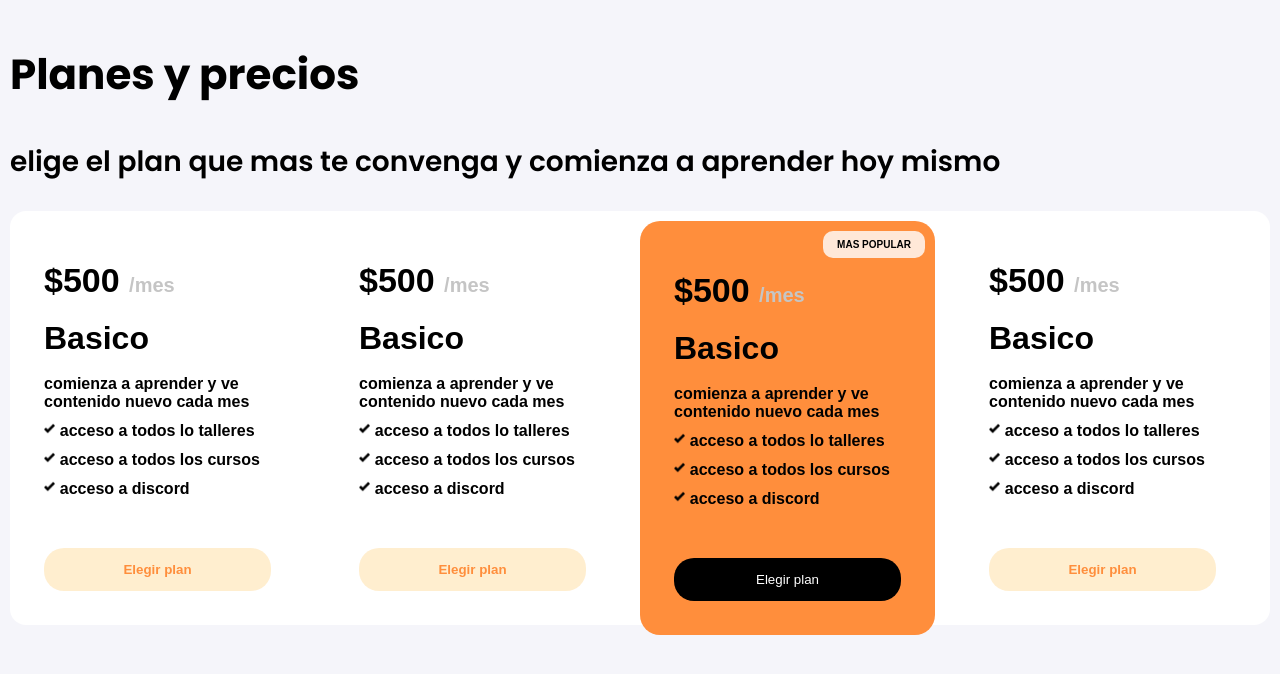
Repository: darkmantiz2/Tarjetas-planes
Page: index.html
These files come from the project's save history. The page is drawn as it stood at one moment and after the next save; the edit follows.
The browser window is 1280 px wide. The pictures show the whole page.

Above is the page before, as saved 2022-01-11 15:01:36.

### index.html
<!DOCTYPE html>
<html lang="en">

<head>
  <meta charset="UTF-8">
  <meta http-equiv="X-UA-Compatible" content="IE=edge">
  <meta name="viewport" content="width=device-width, initial-scale=1.0">
  <link rel="preconnect" href="https://fonts.googleapis.com">
  <link rel="preconnect" href="https://fonts.gstatic.com" crossorigin>
  <link href="https://fonts.googleapis.com/css2?family=Poppins:ital,wght@0,600;0,700;1,400&display=swap"
    rel="stylesheet">
  <link rel="stylesheet" href="./css/index.css">
  <title>Cards Precios</title>
</head>

<body>
  <section class="cards">
    <div class="container">
      <h1 class="contaier-title">
        Planes y precios
      </h1>
      <p class="container-text1">
        elige el plan que mas te convenga y comienza a aprender hoy mismo
      </p>
      <section class="container-card">
        <div class="card">

          <p class="card-price"> $500 <span class="card-month"> /mes</span></p>
          <p class="card-plan">Basico</p>
          <p class="card-description"> comienza a aprender y ve contenido nuevo cada mes</p>
          <p class="card-item1"><img class="card-icon" src="icons/png-transparent-computer-icons-check-mark-checkbox-palomita-angle-logo-check-mark.png" alt="">  acceso a todos lo talleres</p>
          <p class="card-item2"><img class="card-icon" src="icons/png-transparent-computer-icons-check-mark-checkbox-palomita-angle-logo-check-mark.png" alt=""> acceso a todos los cursos</p>
          <p class="card-item3"><img class="card-icon" src="icons/png-transparent-computer-icons-check-mark-checkbox-palomita-angle-logo-check-mark.png" alt=""> acceso a discord</p>

          <button class="card-button"> Elegir plan </button>
        </div>
        <div class="card">
          <p class="card-price"> $500 <span class="card-month"> /mes</span></p>
          <p class="card-plan">Basico</p>
          <p class="card-description"> comienza a aprender y ve contenido nuevo cada mes</p>
          <p class="card-item1"><img class="card-icon" src="icons/png-transparent-computer-icons-check-mark-checkbox-palomita-angle-logo-check-mark.png" alt="">  acceso a todos lo talleres</p>
          <p class="card-item2"><img class="card-icon" src="icons/png-transparent-computer-icons-check-mark-checkbox-palomita-angle-logo-check-mark.png" alt=""> acceso a todos los cursos</p>
          <p class="card-item3"><img class="card-icon" src="icons/png-transparent-computer-icons-check-mark-checkbox-palomita-angle-logo-check-mark.png" alt=""> acceso a discord</p>

          <button class="card-button"> Elegir plan </button>
        </div>
        <div class="card card-orange">
          <label class="card-label">mas popular</label>
          <p class="card-price"> $500 <span class="card-month"> /mes</span></p>
          <p class="card-plan">Basico</p>
          <p class="card-description">  comienza a aprender y ve contenido nuevo cada mes</p>
          <p class="card-item1"><img class="card-icon" src="icons/png-transparent-computer-icons-check-mark-checkbox-palomita-angle-logo-check-mark.png" alt="">  acceso a todos lo talleres</p>
          <p class="card-item2"><img class="card-icon" src="icons/png-transparent-computer-icons-check-mark-checkbox-palomita-angle-logo-check-mark.png" alt=""> acceso a todos los cursos</p>
          <p class="card-item3"><img class="card-icon" src="icons/png-transparent-computer-icons-check-mark-checkbox-palomita-angle-logo-check-mark.png" alt=""> acceso a discord</p>

          <button class="card-button-orange"> Elegir plan </button>
        </div>
        <div class="card">

          <p class="card-price"> $500 <span class="card-month"> /mes</span></p>
          <p class="card-plan">Basico</p>
          <p class="card-description">  comienza a aprender y ve contenido nuevo cada mes</p>
          <p class="card-item1"><img class="card-icon" src="icons/png-transparent-computer-icons-check-mark-checkbox-palomita-angle-logo-check-mark.png" alt="">  acceso a todos lo talleres</p>
          <p class="card-item2"><img class="card-icon" src="icons/png-transparent-computer-icons-check-mark-checkbox-palomita-angle-logo-check-mark.png" alt=""> acceso a todos los cursos</p>
          <p class="card-item3"><img class="card-icon" src="icons/png-transparent-computer-icons-check-mark-checkbox-palomita-angle-logo-check-mark.png" alt=""> acceso a discord</p>


          <button class="card-button"> Elegir plan </button>
        </div>
      </section>




    </div>
  </section>
</body>

</html>

### css/index.css
:root {
  --black: #373737;
  --primary: #ff8e3c;
  --white: #ffffff;
  --grey: #848199;
  --red: #fa513a;
  --grey-2: #a3a3a3;
  --bg: #f5f5fa;
  --headline2: 600 1.75rem/normal Poppins;
  --headline3: 600 1.25rem/1.375rem Poppins;
  --button: 400 0.875rem/1rem Poppins;
  --headline1: 600 3.5rem/normal Poppins;
  --body1-regular: 400 1rem/1.5rem Poppins;
  --body1-bold: 700 1rem/1.5rem Poppins;
  --body2-bold: 700 0.875rem/1.5rem Poppins;
  --body2-regular: 400 0.875rem/1.5rem Poppins;
  --caption-regular: 400 0.75rem/1rem Poppins;
  --caption-bold: 600 0.75rem/1rem Poppins;

}

/*BODDY*/

body {
  color: var(--white);
  background-color: var(--primary);
  font: var(--headline2);
  background: var(--bg);
}

.container {
  color: black;
}



.container-card {
  display: flex;
  justify-content: center;
  align-items: center;
  max-width: 1260px;
  width: 100%;
  background-color: white;
  border-radius: 16px;
  font-family: arial;
  font-weight: bold;
}

.card-month {
  font-size: 20px;
  color: #c5c5c5;
}

.cards {
  display: flex;
  justify-content: center;
  align-items: center;
}

.card-orange {
  background-color: var(--primary);
  font-size: medium;
  transform: translateY(10px);
}


.card {
  align-items: flex-start;
  display: flex;
  justify-content: center;
  flex-direction: column;
  width: 334px;
  padding:0 34px 34px;
  border-radius: 20px;
  margin-right: 20px;
  font-size: medium;
  box-sizing: border-box;
  position: relative;
}

.card-price {
  margin: 0;
  padding-bottom: 20px;
  padding-top: 50px;
  font-size: 34px;
}


.card-plan {
  margin: 0;
  padding-bottom: 18px;
  font-size: xx-large;
  font-weight: bold;
}

.card-icon{
  width: 5%;
}

.card-description {
  margin: 0;
  padding-bottom: 10px;
}

.card-item1 {
  margin: 0;
  padding-bottom: 10px;
}

.card-item2 {
  margin: 0;
  padding-bottom: 10px;
}

.card-item3 {
  margin: 0;
  padding-bottom: 50px;
}

.card-button {
 width: 100%;
  padding: 14px 37px 14px 37px;
  background-color: #ffa50030;
  border-radius: 20px;
  border: none;
  color: var(--primary);
  font-weight: bolder;

}

.card-button-orange {
  width: 100%;
  padding: 14px 37px 14px 37px;
  background-color: black;
  border-radius: 20px;
  color: var(--white);
  border: none;
}

.card-label{
  background-color: rgba(255, 255, 255, 0.801);
  padding: 8px 14px;
  border-radius: 10px;
  font-size: small;
  text-transform: uppercase;
  font-size: 10px;
  font-weight: 800;
  font-style: normal;
  position: absolute;
  top: 10px;
  right: 10px;
}



.container {
  color: black;
}



.container-card {
  display: flex;
  justify-content: center;
  align-items: center;
  max-width: 1260px;
  width: 100%;
}

.card-month {
  font-size: 20px;
  color: #c5c5c5;
}

After the next save:
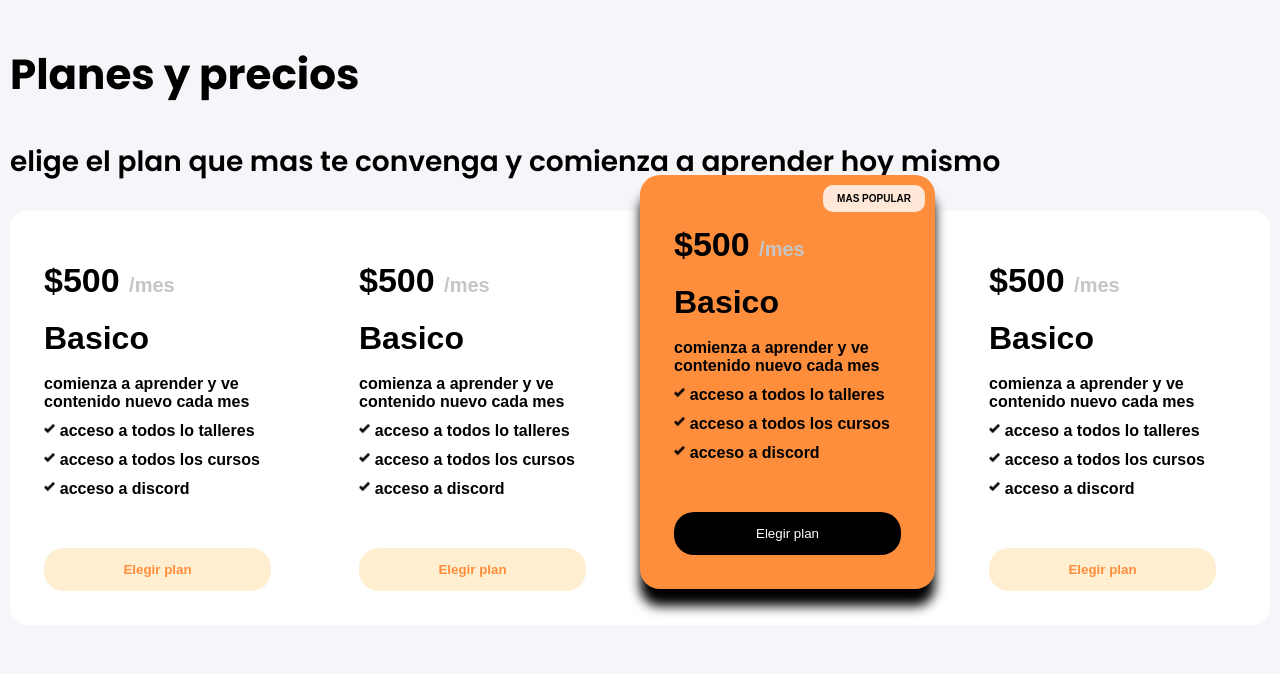
Saved 3 min 36 s later.
--- a/css/index.css
+++ b/css/index.css
@@ -60,7 +60,8 @@ body {
 .card-orange {
   background-color: var(--primary);
   font-size: medium;
-  transform: translateY(10px);
+  transform: translateY(-36px);
+  box-shadow: 0px 17px 12px 0px;
 }
 
 
